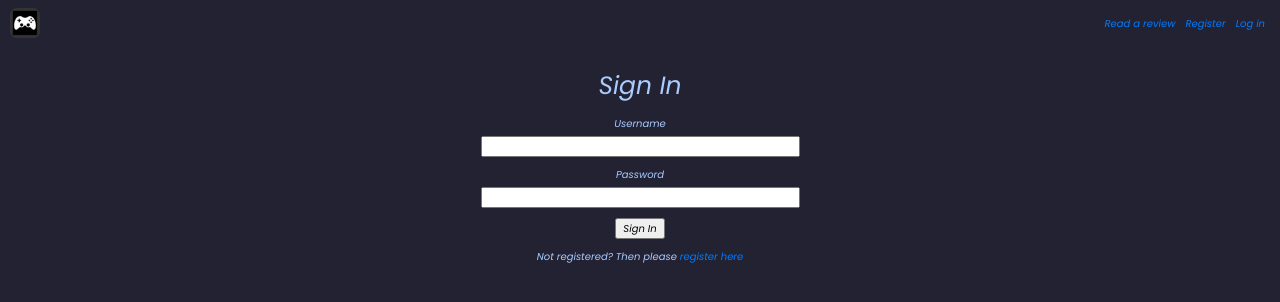
Repository: amit238/milestone-project-3
Page: http://localhost/login
The author's editor kept a record of every edit. The page is drawn from the files as they stood at one moment, then again after the next edit.
The browser window is 1280 px wide. The pictures show the whole page.
Some web libraries are served in a nearby version. The page is served by the project's application, run on Flask 3 (app.py).

Above is the page before.

After the next edit:
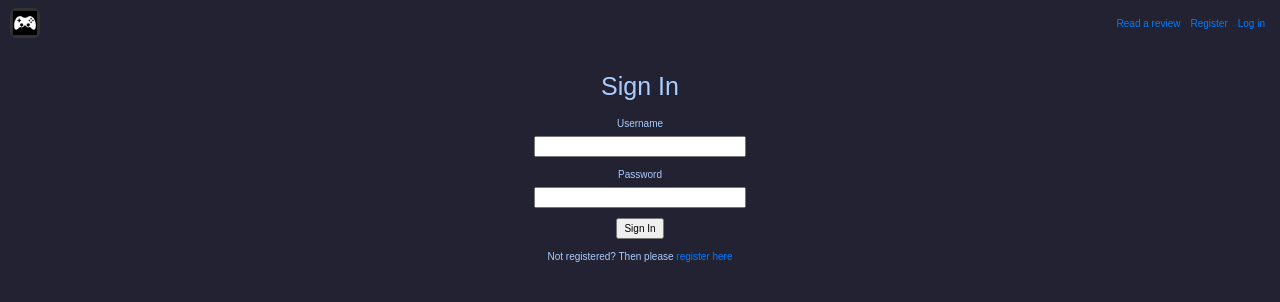
The edit:
--- a/templates/base.html
+++ b/templates/base.html
@@ -11,7 +11,6 @@
   {% endif %}
   <link rel="stylesheet" href="https://maxcdn.bootstrapcdn.com/bootstrap/4.2.1/css/bootstrap.min.css" type="text/css" />
   <link rel="stylesheet" href="https://use.fontawesome.com/releases/v5.0.10/css/all.css" integrity="sha384-+d0P83n9kaQMCwj8F4RJB66tzIwOKmrdb46+porD/OvrJ+37WqIM7UoBtwHO6Nlg" crossorigin="anonymous">
-  <link href="https://fonts.googleapis.com/css2?family=Poppins:ital@1&display=swap" rel="stylesheet">
   <link rel="stylesheet" href="{{url_for('static', filename='css/style.css')}}" type="text/css" />
   <link rel="shortcut icon" type="image/ico" href="{{ url_for('static', filename='img/favicon.ico') }}" />
 </head>
